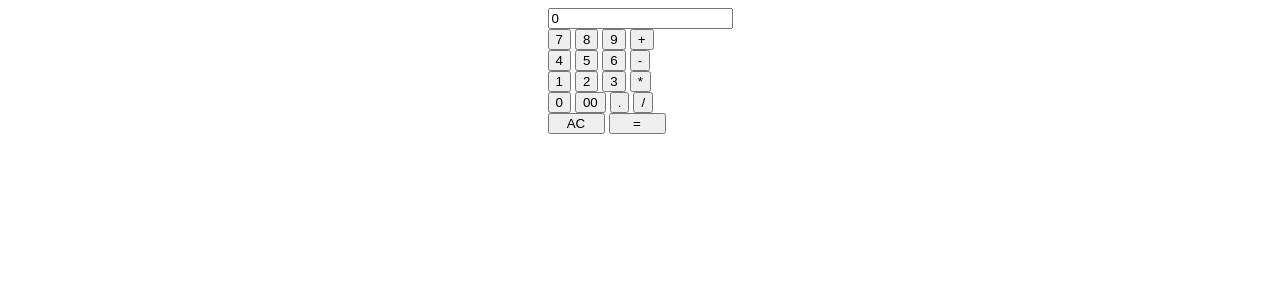
Repository: L4TEXXX/Culcration
Page: index.html
The author's editor kept a record of every edit. The page is drawn from the files as they stood at one moment, then again after the next edit.
The browser window is 1280 px wide. The pictures show the whole page.
Some web libraries are served in a nearby version.

Above is the page before.

After the next edit:
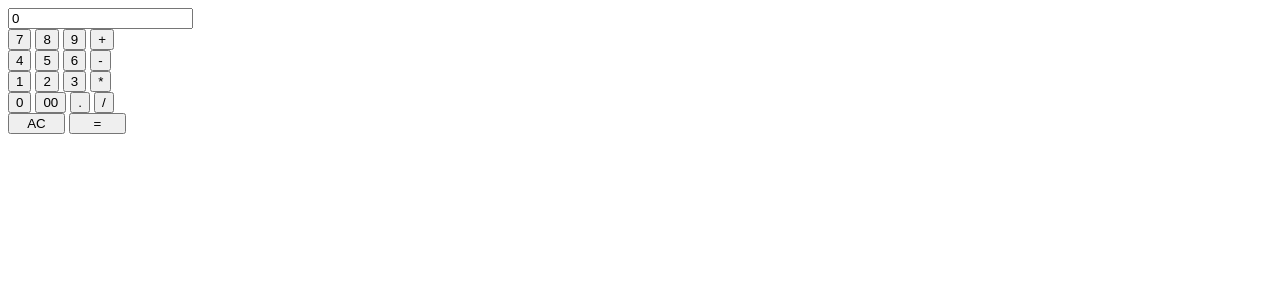
The edit:
--- a/index.html
+++ b/index.html
@@ -8,8 +8,6 @@
     </head>
 
     <body>
-     <main>
-      <div class="culcrate">
        <form name="calc-form">
          <div>
             <input type="text" value="0" name="resultLine">
